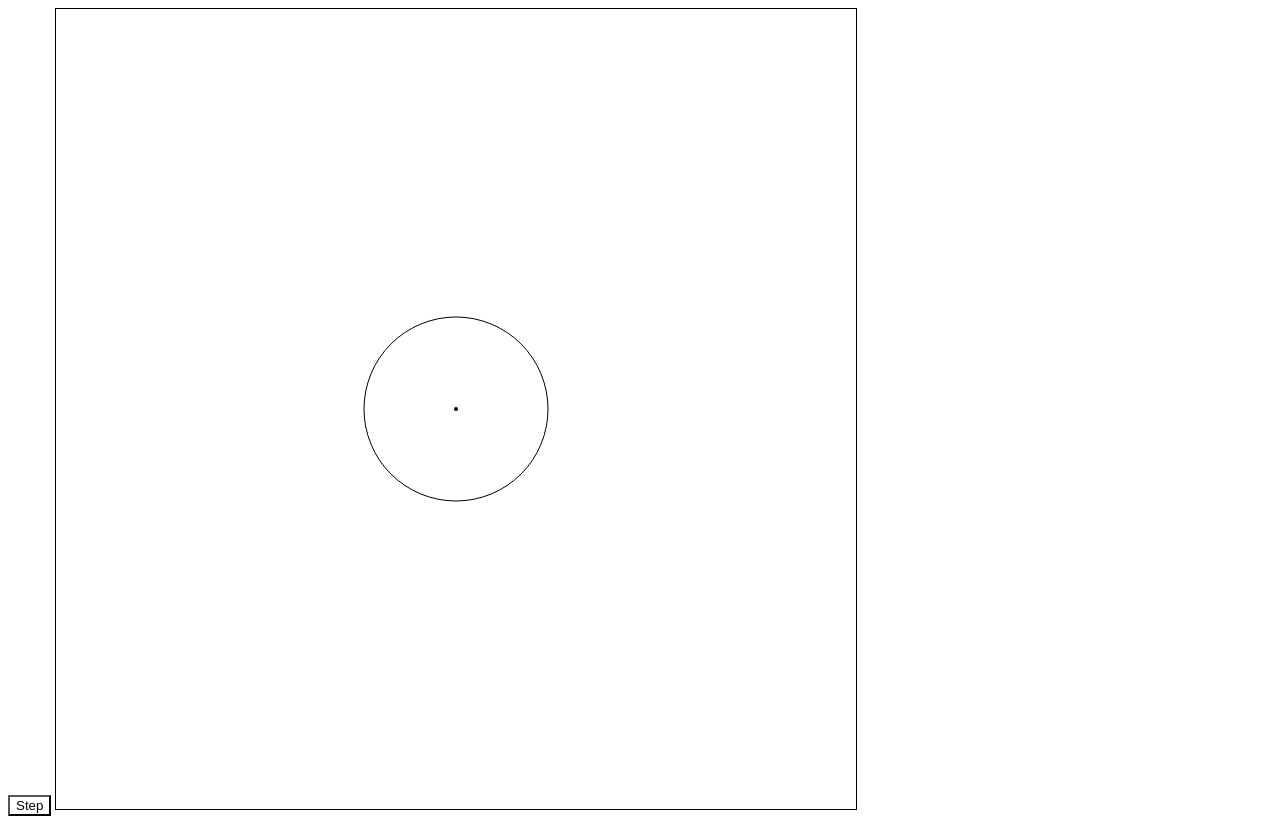
Repository: blahnikkai/n-body-simulation
Page: index.html
These files come from the project's save history. The page is drawn as it stood at one moment and after the next save; the edit follows.
The browser window is 1280 px wide. The pictures show the whole page.

Above is the page before, as saved 2024-02-22 15:57:29.

After the next save:
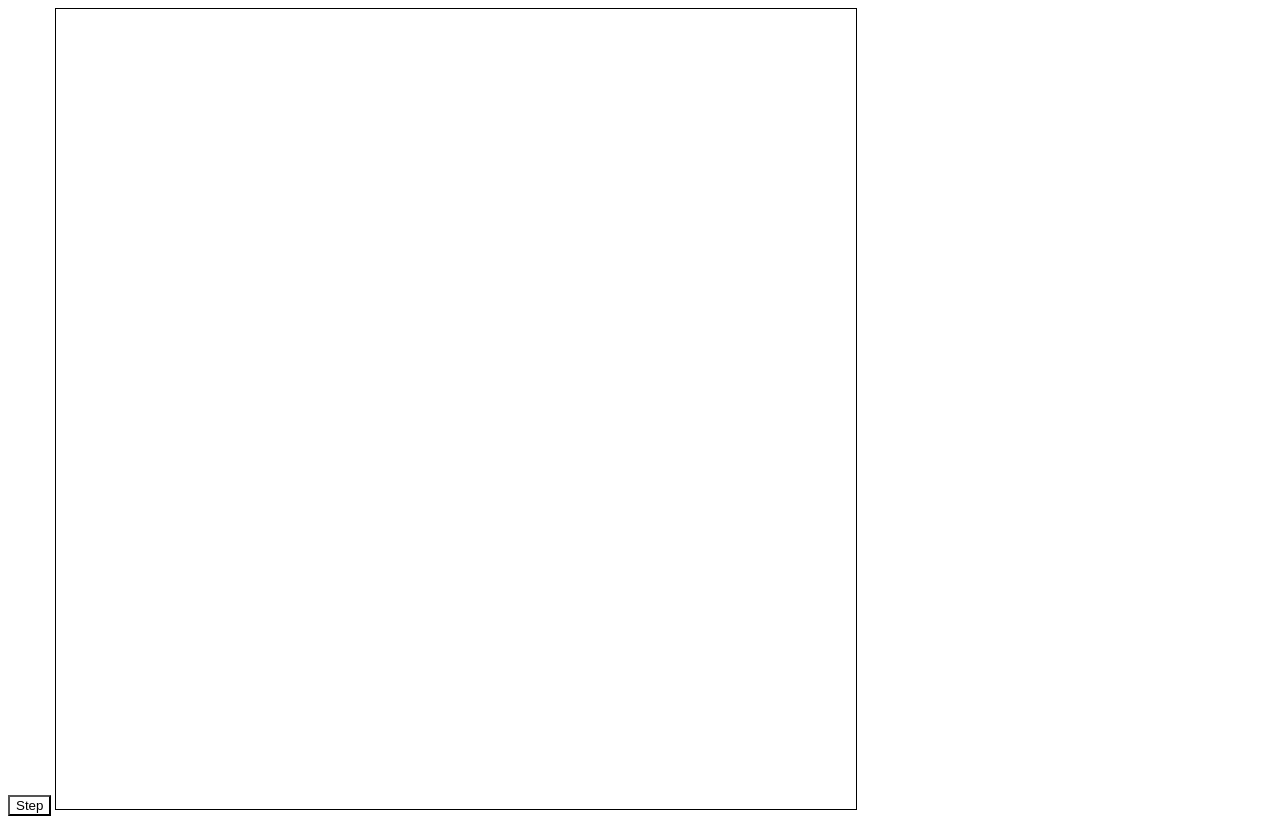
Console error: SyntaxError: Identifier 'step' has already been declared
Saved 13 s later.
--- a/script.js
+++ b/script.js
@@ -83,6 +83,10 @@
         bodies.push(body)
     })
     const step = () => {
+
+    }
+
+    const render = () => {
         for(let i = 0; i < bodies.length; ++i) {
             bodies[i].acc = new Vector(0, 0)
         }
@@ -92,13 +96,6 @@
                 bodies[j].interact(bodies[i])
             }
         }
-        ctx.clearRect(0, 0, canvas.width, canvas.height)
-        ctx.beginPath()
-        ctx.arc(400, 400, 92, 0, 2 * Math.PI)
-        ctx.stroke()
-    }
-
-    const render = () => {
         ctx.clearRect(0, 0, canvas.width, canvas.height)
         ctx.beginPath()
         ctx.arc(400, 400, 92, 0, 2 * Math.PI)
@@ -120,8 +117,8 @@
         window.requestAnimationFrame(render)
     }
     render()
-    const step_btn = document.getElementById('step')
-    step_btn.addEventListener('click', () => {
+    const step = document.getElementById('step')
+    step.addEventListener('click', () => {
         render()
     })
 }

After the save that followed:
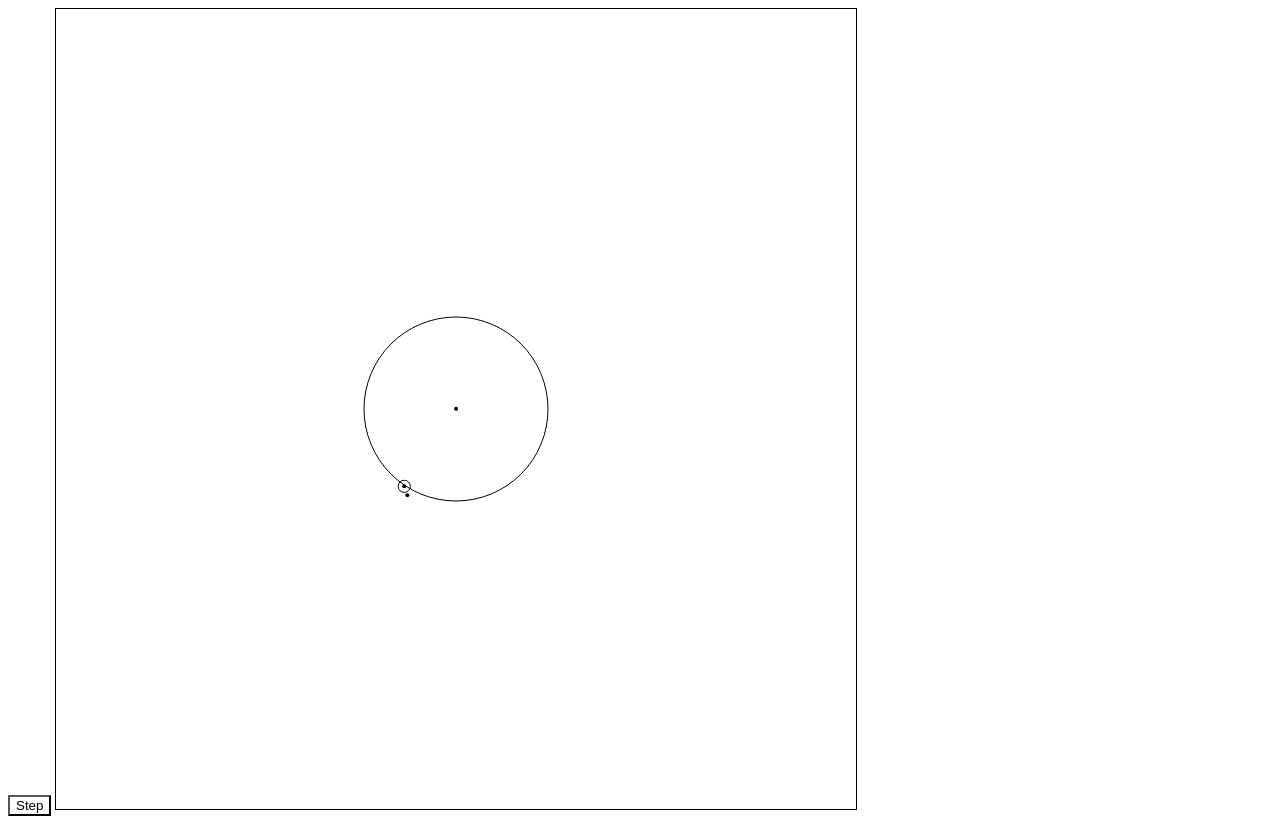
The error is gone.
Saved 7 s later.
--- a/script.js
+++ b/script.js
@@ -82,10 +82,6 @@
         console.log('clicked')
         bodies.push(body)
     })
-    const step = () => {
-
-    }
-
     const render = () => {
         for(let i = 0; i < bodies.length; ++i) {
             bodies[i].acc = new Vector(0, 0)
